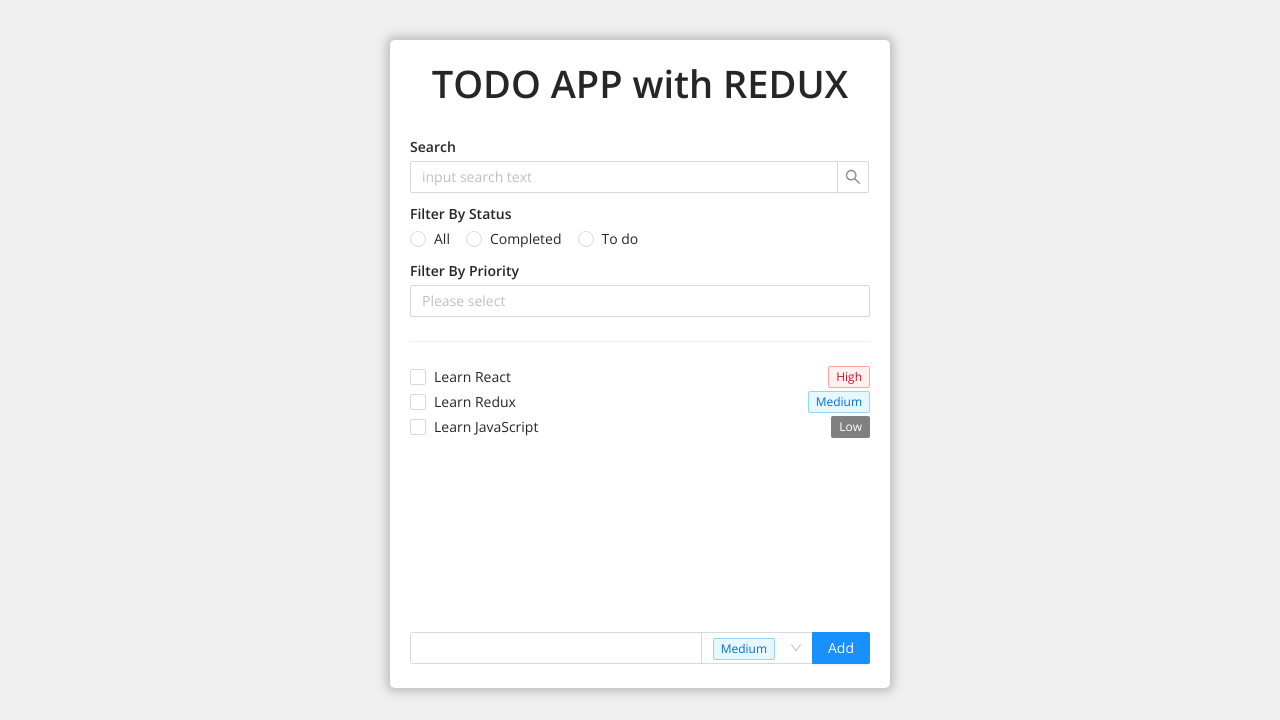
Repository: lam-letung/todo-app-redux-main
Page: /
The author's editor kept a copy of each file at every save. The page is drawn from the files as they stood at one save, then again after a run of saves.
The browser window is 1280 px wide. The pictures show the whole page.
The project was rebuilt for these pictures with package versions that can differ from the ones it lists, and the page was loaded fresh each time.

Above is the page before, as saved 2023-07-14 17:15:29.

### src/index.js
import React from "react";
import ReactDOM from "react-dom";
import "./index.css";
import App from "./App";
import store from "./redux/store";
import { Provider } from "react-redux";

ReactDOM.render(
  <Provider store={store}>
    <App />
  </Provider>,
  document.getElementById("root")
);

### src/redux/store.js
import { legacy_createStore as createStore } from "redux";
import rootReducer from "./reducer";

const store = createStore(rootReducer);



export default store ;

### src/components/TodoList/index.js
import { Col, Row, Input, Button, Select, Tag } from 'antd';
import Todo from '../Todo';
import { useDispatch } from 'react-redux';
import { addTodo } from '../../redux/actions';
import { v4 as uuidv4 } from 'uuid';
import { useState } from 'react';

export default function TodoList() {
  const [todoName, setTodoName] = useState('');
  const [prioriry, setPriority] = useState('medium');

  const dispatch = useDispatch();
  const handleAddButtonClick = ()=>{
    dispatch(addTodo({
      id: uuidv4(),
      name:todoName,
      priority:'',
      completed: false
    }));

  }

  const handleInputChange = (e)=>{
    console.log(e.target.value);
    setTodoName(e.target.value);
  }

  return (
    <Row style={{ height: 'calc(100% - 40px)' }}>
      <Col span={24} style={{ height: 'calc(100% - 40px)', overflowY: 'auto' }}>
        <Todo name='Learn React' prioriry='High' />
        <Todo name='Learn Redux' prioriry='Medium' />
        <Todo name='Learn JavaScript' prioriry='Low' />
      </Col>
      <Col span={24}>
        <Input.Group style={{ display: 'flex' }} compact>
          <Input value={todoName} onChange={handleInputChange}/>
          <Select defaultValue="Medium">
            <Select.Option value='High' label='High'>
              <Tag color='red'>High</Tag>
            </Select.Option>
            <Select.Option value='Medium' label='Medium'>
              <Tag color='blue'>Medium</Tag>
            </Select.Option>
            <Select.Option value='Low' label='Low'>
              <Tag color='gray'>Low</Tag>
            </Select.Option>
          </Select>
          <Button type='primary' onClick={handleAddButtonClick}>
            Add
          </Button>
        </Input.Group>
      </Col>
    </Row>
  );
}

### src/components/Filters/index.js
import { Col, Row, Input, Typography, Radio, Select, Tag } from 'antd';

const { Search } = Input;

export default function Filters() {
  return (
    <Row justify='center'>
      <Col span={24}>
        <Typography.Paragraph
          style={{ fontWeight: 'bold', marginBottom: 3, marginTop: 10 }}
        >
          Search
        </Typography.Paragraph>
        <Search placeholder='input search text' />
      </Col>
      <Col sm={24}>
        <Typography.Paragraph
          style={{ fontWeight: 'bold', marginBottom: 3, marginTop: 10 }}
        >
          Filter By Status
        </Typography.Paragraph>
        <Radio.Group>
          <Radio value='All'>All</Radio>
          <Radio value='Completed'>Completed</Radio>
          <Radio value='Todo'>To do</Radio>
        </Radio.Group>
      </Col>
      <Col sm={24}>
        <Typography.Paragraph
          style={{ fontWeight: 'bold', marginBottom: 3, marginTop: 10 }}
        >
          Filter By Priority
        </Typography.Paragraph>
        <Select
          mode='multiple'
          allowClear
          placeholder='Please select'
          style={{ width: '100%' }}
        >
          <Select.Option value='High' label='High'>
            <Tag color='red'>High</Tag>
          </Select.Option>
          <Select.Option value='Medium' label='Medium'>
            <Tag color='blue'>Medium</Tag>
          </Select.Option>
          <Select.Option value='Low' label='Low'>
            <Tag color='gray'>Low</Tag>
          </Select.Option>
        </Select>
      </Col>
    </Row>
  );
}

### src/redux/reducer.js

const initState = {
     filter:{
        search:'',
        status : 'All',
        priority: []
     },
     todoList: [
        {id : 1, name : 'Learn more' , completed : false , priority: 'Medium'},
        {id : 2, name : 'Learn Redux' , completed : true , priority: 'Hight'},
        {id : 3, name : 'Learn React' , completed : false , priority: 'Low'},
     ]
}

const rootReducer = (state = initState , action)=>{
    switch(action.type){
        case 'todoList/addTodo':
            return{
                ...state,
                todoList:[
                    ...state.todoList,
                    {id : 5, name : 'Learn Football' , completed : false , priority: 'Medium'}
                ]
            }
        default: return state;
    }
}

export default rootReducer;

### src/components/Todo/index.js
import { Row, Tag, Checkbox } from 'antd';
import { useState } from 'react';

const priorityColorMapping = {
  High: 'red',
  Medium: 'blue',
  Low: 'gray',
};

export default function Todo({ name, prioriry }) {
  const [checked, setChecked] = useState(false);

  const toggleCheckbox = () => {
    setChecked(!checked);
  };

  return (
    <Row
      justify='space-between'
      style={{
        marginBottom: 3,
        ...(checked ? { opacity: 0.5, textDecoration: 'line-through' } : {}),
      }}
    >
      <Checkbox checked={checked} onChange={toggleCheckbox}>
        {name}
      </Checkbox>
      <Tag color={priorityColorMapping[prioriry]} style={{ margin: 0 }}>
        {prioriry}
      </Tag>
    </Row>
  );
}

### src/redux/actions.js
export const addTodo = (data)=>{
    return {
        type: 'todoList/addTodo',
        payload: data
    }
}

// action creators => function

Loaded but not shown: public/index.html (common file); src/index.css (common file); src/App.js (common file); src/App.css (common file)

After the next 2 saves:
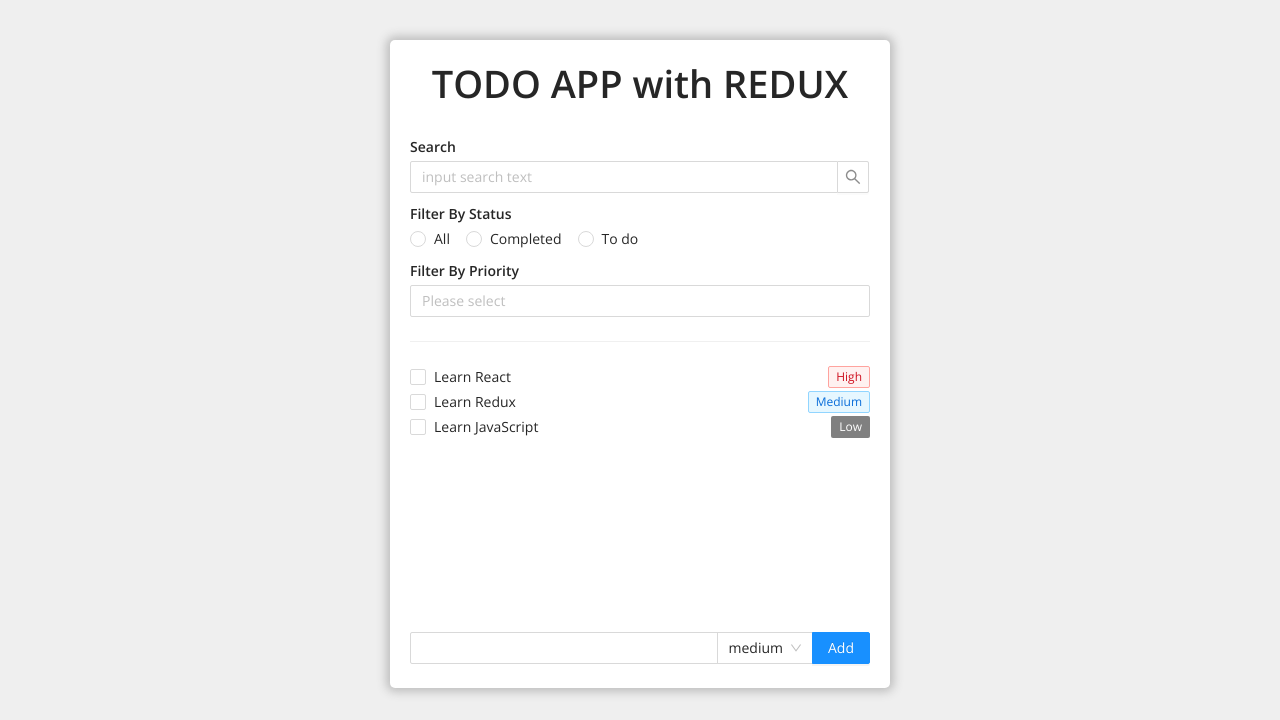
The 2 saves are shown as one change because 1 did not build or start.
The last was saved 77 s later.
--- a/src/components/TodoList/index.js
+++ b/src/components/TodoList/index.js
@@ -25,6 +25,10 @@
     setTodoName(e.target.value);
   }
 
+  const handlePriorityChange = (value)=>{
+    console.log(value);
+  }
+
   return (
     <Row style={{ height: 'calc(100% - 40px)' }}>
       <Col span={24} style={{ height: 'calc(100% - 40px)', overflowY: 'auto' }}>
@@ -35,7 +39,7 @@
       <Col span={24}>
         <Input.Group style={{ display: 'flex' }} compact>
           <Input value={todoName} onChange={handleInputChange}/>
-          <Select defaultValue="Medium">
+          <Select defaultValue="Medium" value={prioriry} onChange={handlePriorityChange}>
             <Select.Option value='High' label='High'>
               <Tag color='red'>High</Tag>
             </Select.Option>

After the 6 saves that followed:
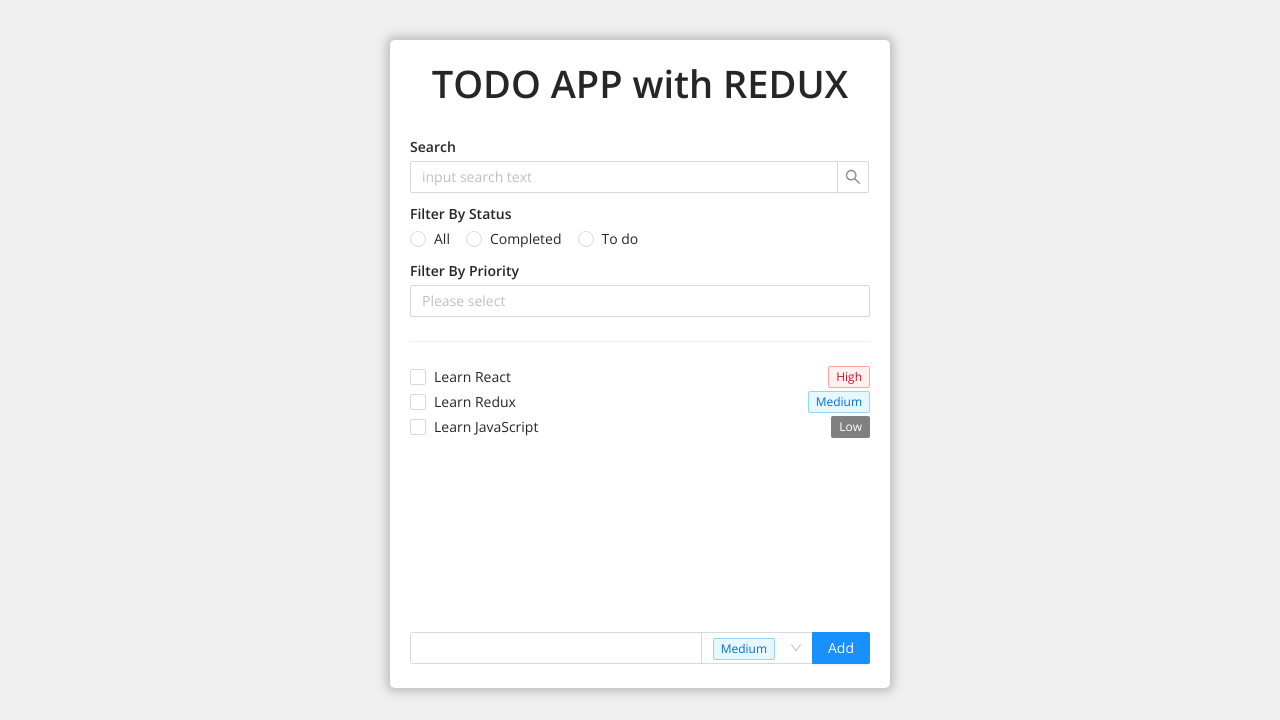
The 6 saves are shown as one change because 5 left the picture as it was.
The last was saved 8 min 20 s later.
--- a/src/redux/store.js
+++ b/src/redux/store.js
@@ -1,7 +1,10 @@
 import { legacy_createStore as createStore } from "redux";
 import rootReducer from "./reducer";
+import { composeWithDevTools } from "redux-devtools-extension";
 
-const store = createStore(rootReducer);
+const composedEnhancers = composeWithDevTools();
+
+const store = createStore(rootReducer,composedEnhancers);
 
 
 
--- a/src/components/TodoList/index.js
+++ b/src/components/TodoList/index.js
@@ -7,14 +7,14 @@
 
 export default function TodoList() {
   const [todoName, setTodoName] = useState('');
-  const [prioriry, setPriority] = useState('medium');
+  const [prioriry, setPriority] = useState('Medium');
 
   const dispatch = useDispatch();
   const handleAddButtonClick = ()=>{
     dispatch(addTodo({
       id: uuidv4(),
       name:todoName,
-      priority:'',
+      priority:prioriry,
       completed: false
     }));
 
@@ -27,6 +27,7 @@
 
   const handlePriorityChange = (value)=>{
     console.log(value);
+    setPriority(value);
   }
 
   return (
--- a/src/redux/reducer.js
+++ b/src/redux/reducer.js
@@ -13,13 +13,14 @@ const initState = {
 }
 
 const rootReducer = (state = initState , action)=>{
+    console.log({state, action});
     switch(action.type){
         case 'todoList/addTodo':
             return{
                 ...state,
                 todoList:[
                     ...state.todoList,
-                    {id : 5, name : 'Learn Football' , completed : false , priority: 'Medium'}
+                   action.payload
                 ]
             }
         default: return state;
